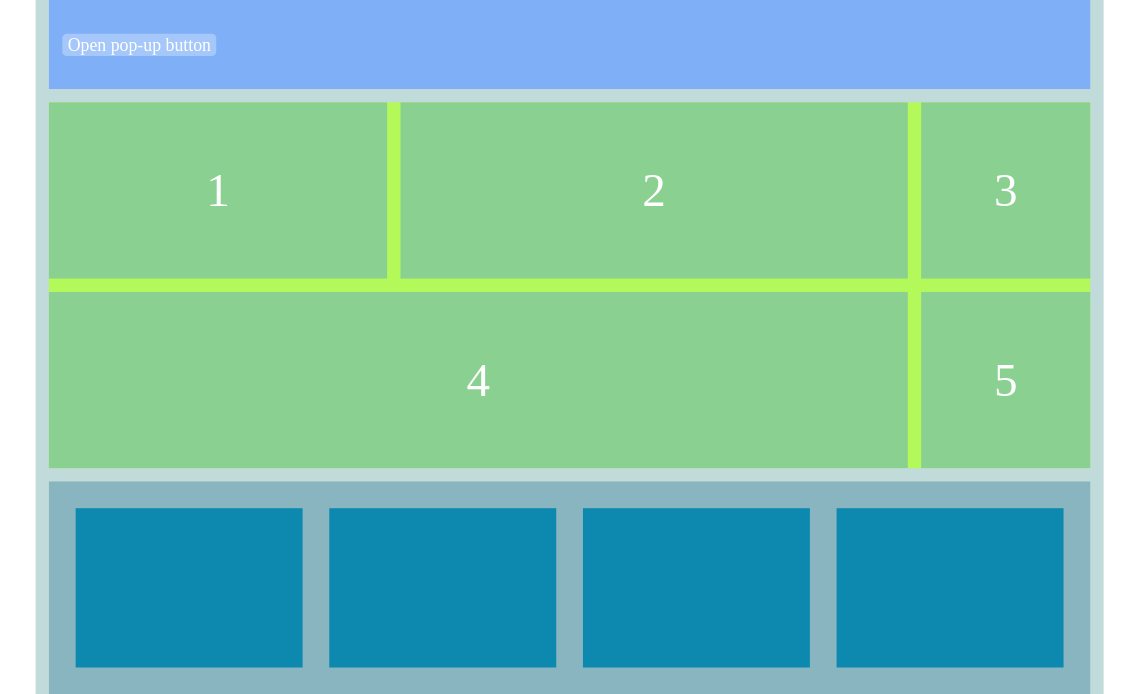
Repository: Evgenius190999999/nodasoft
Page: index.html
An editor plug-in stored every save of this project. The page is shown before and after the next save, followed by the edit.
The browser window is 1280 px wide. The pictures show the whole page, at 89% of full size.
Some web libraries are served in a nearby version. The style sheet was rebuilt from its Sass, Less or Tailwind sources for each picture, by a compiler version that may differ from the author's.

Above is the page before, as saved 2022-07-08 18:32:26.

After the next save:
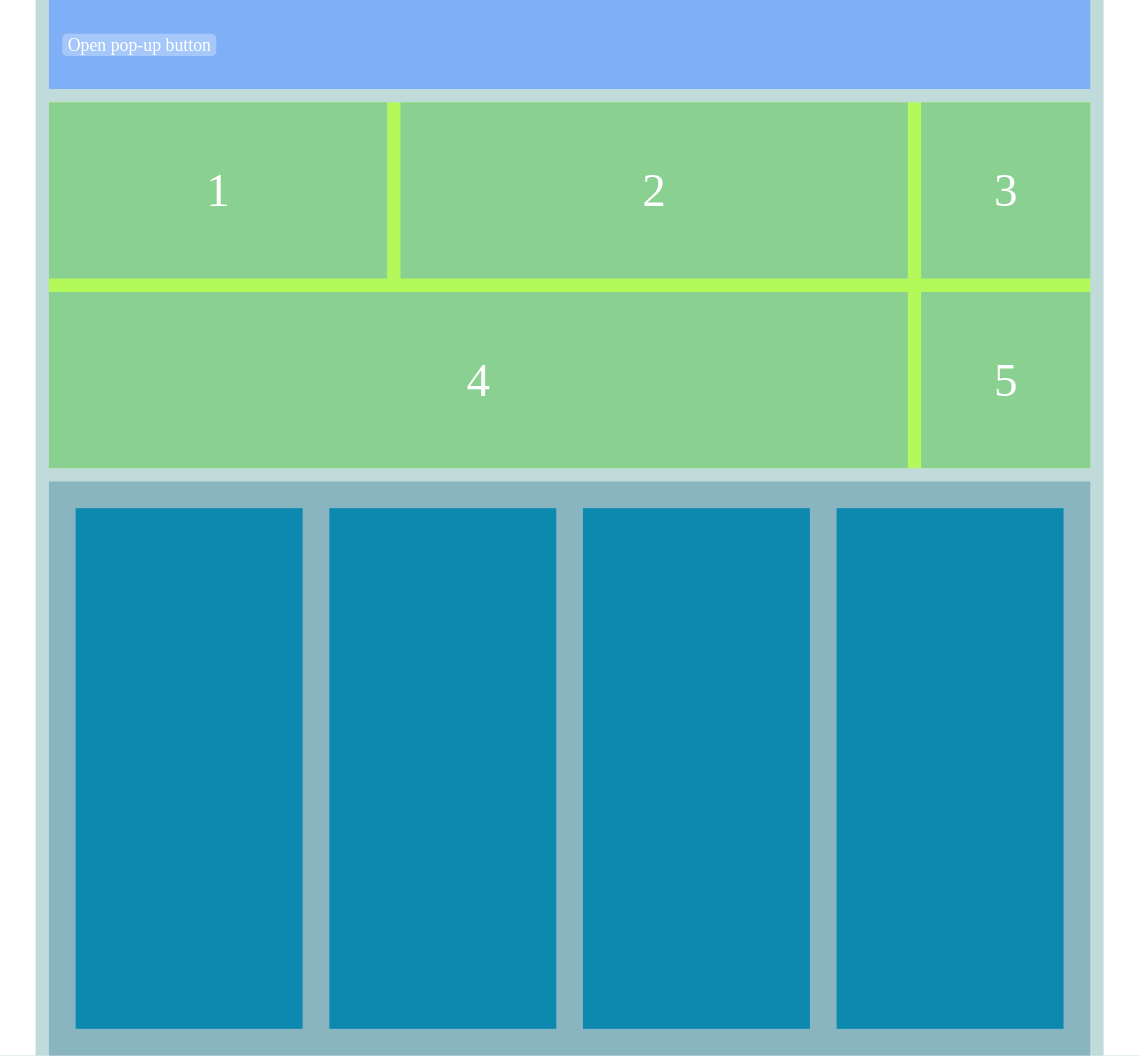
Saved 50 s later.
--- a/style/sass/style.sass
+++ b/style/sass/style.sass
@@ -59,7 +59,7 @@
     display: flex
     background: #88B5BF
     div
-        height: 14vw
+        padding-top: 50%
         background: #0D89B0
         margin: 30px 15px 30px 15px
         max-width: 255px
